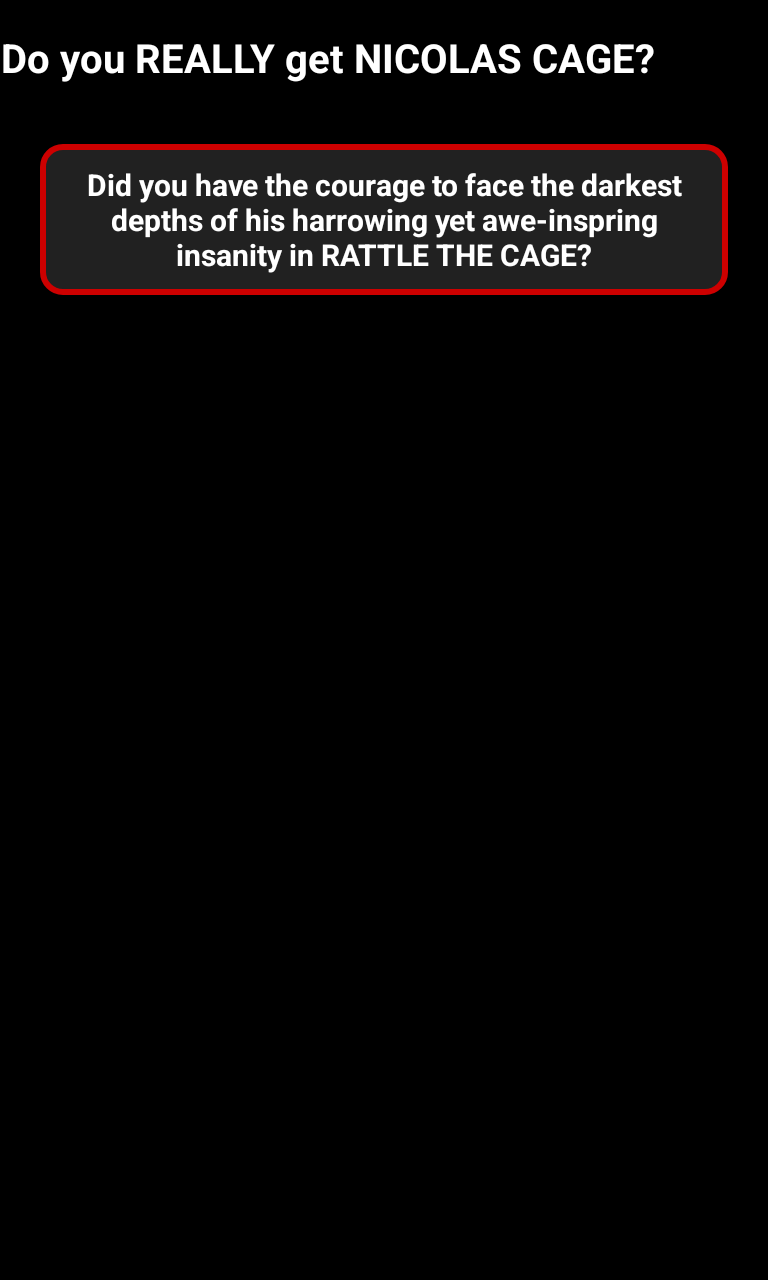
Repository: kylenicola/NicCageMobileApp
Layout: NicolasCageApp/res/layout/activity_score_menu.xml
An editor plug-in stored every save of this project. The layout is shown before and after the next save, followed by the edit.
It is drawn on a 768 x 1280 px phone screen (xhdpi) without system bars, with theme AppTheme; the app's code is not run.

Above is the layout before, as saved 2014-12-04 02:32:46.

### NicolasCageApp/res/layout/activity_score_menu.xml
<?xml version="1.0" encoding="utf-8"?>

<LinearLayout xmlns:android="http://schemas.android.com/apk/res/android"
	android:layout_width="match_parent"
	android:layout_height="match_parent"
	android:background="@android:color/background_dark"
	android:orientation="vertical" >

	 <TextView
	     android:id="@+id/scoreMenuTitle"
	     android:layout_width="wrap_content"
	     android:layout_height="wrap_content"
	     android:gravity="center"
	     android:layout_marginTop="15dp"
	     android:text="@string/score_menu_title"
	     android:textSize="20sp"
	     android:textStyle="bold"
	     android:textColor="@android:color/white" />

	 <Button
		android:id="@+id/button_scoreRattleTheCage"
	    android:layout_width="wrap_content"
	    android:layout_height="wrap_content"
	    android:layout_gravity="center"
	    android:layout_marginTop="30dp"
	    android:layout_marginLeft="20dp"
	    android:layout_marginRight="20dp"
	    android:background="@drawable/score_menu_button_style"
	    android:text="@string/rattle_the_cage_score_description"
	    android:textColor="@android:color/white"
	    android:textStyle="bold"
	    android:textSize="15sp"
	    android:radius="10dp"
	    android:OnClick="onClickRattleTheCageScore" />




</LinearLayout>

### NicolasCageApp/res/values/strings.xml
<?xml version="1.0" encoding="utf-8"?>
<resources>

    <string name="app_name">NicolasCageApp</string>
    <string name="hello_world">Hello world!</string>
    <string name="action_settings">Settings</string>
    <string name="title_activity_abcs_with_nic">AbcsWithNic</string>
    <string name="takeQuiz">TAKE THE QUIZ</string>
    <string name="title_activity_settings">Settings</string>
    <string name="slow_down_ABCs">Slow down A, B, C game</string>
    <string name="noSlowDown">NICOLAS CAGE SLOWS DOWN FOR NO MAN</string>
    <string name="score_title">Scores</string>
    <string name="rattle_the_cage_title">Rattle The Cage</string>
    <string name="rattle_the_cage_label">Total Score: </string>
    <string name="title_activity_score_menu">ScoreMenu</string>
    <string name="score_menu_title">Do you REALLY get NICOLAS CAGE?</string>
    <string name="rattle_the_cage_score_description">Did you have the courage to face the darkest depths of his harrowing yet awe-inspring insanity in RATTLE THE CAGE?</string>
    <string name="title_activity_rattle_the_cage_score">RattleTheCageScore</string>

</resources>

### NicolasCageApp/res/drawable/score_menu_button_style.xml
<?xml version="1.0" encoding="utf-8"?>
<shape
    xmlns:android="http://schemas.android.com/apk/res/android"
    android:shape="rectangle">

    <!-- view background color -->
    <solid
        android:color="#212121" >
    </solid>

    <!-- view border color and width -->
    <stroke
        android:width="3dp"
        android:color="#cd0000" >
    </stroke>

    <!-- If you want to add some padding -->
    <padding
        android:left="10dp"
        android:top="10dp"
        android:right="10dp"
        android:bottom="10dp"    >
    </padding>

    <!-- Here is the corner radius -->
    <corners
        android:radius="10dp"   >
    </corners>

</shape>

Loaded but not shown: NicolasCageApp/res/values/styles.xml (common file); NicolasCageApp/res/values-v11/styles.xml (common file); NicolasCageApp/res/values-v14/styles.xml (common file)

After the next save:
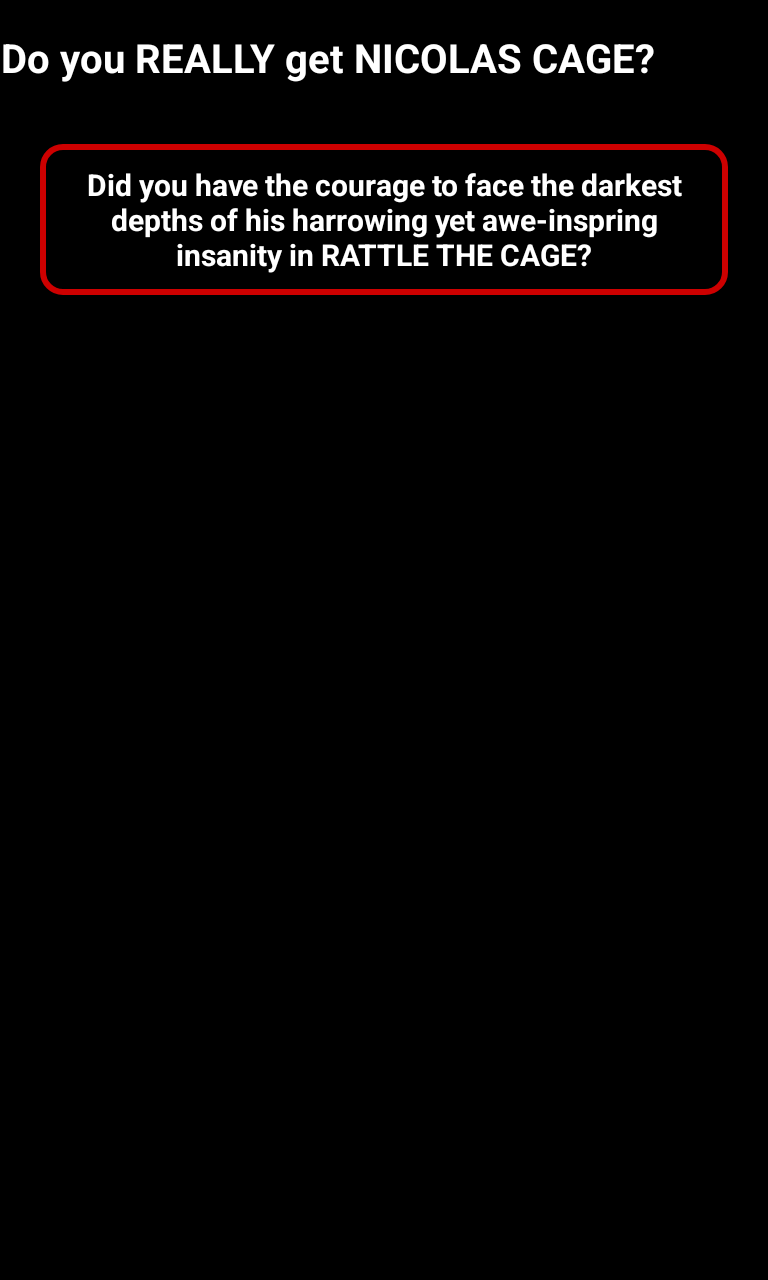
Saved 50 s later.
--- a/NicolasCageApp/res/drawable/score_menu_button_style.xml
+++ b/NicolasCageApp/res/drawable/score_menu_button_style.xml
@@ -5,7 +5,7 @@
 
     <!-- view background color -->
     <solid
-        android:color="#212121" >
+        android:color="#000000" >
     </solid>
 
     <!-- view border color and width -->

After the save that followed:
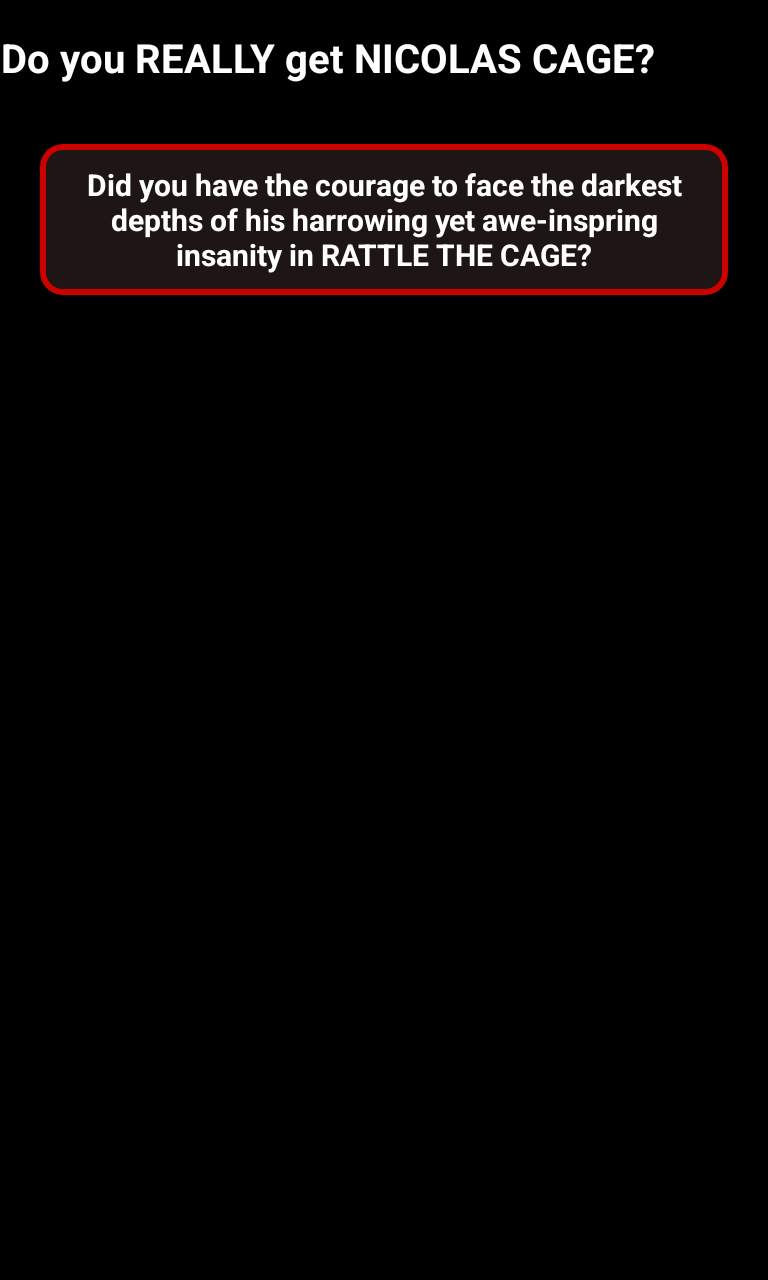
Saved 36 s later.
--- a/NicolasCageApp/res/drawable/score_menu_button_style.xml
+++ b/NicolasCageApp/res/drawable/score_menu_button_style.xml
@@ -5,7 +5,7 @@
 
     <!-- view background color -->
     <solid
-        android:color="#000000" >
+        android:color="#1e1615" >
     </solid>
 
     <!-- view border color and width -->
